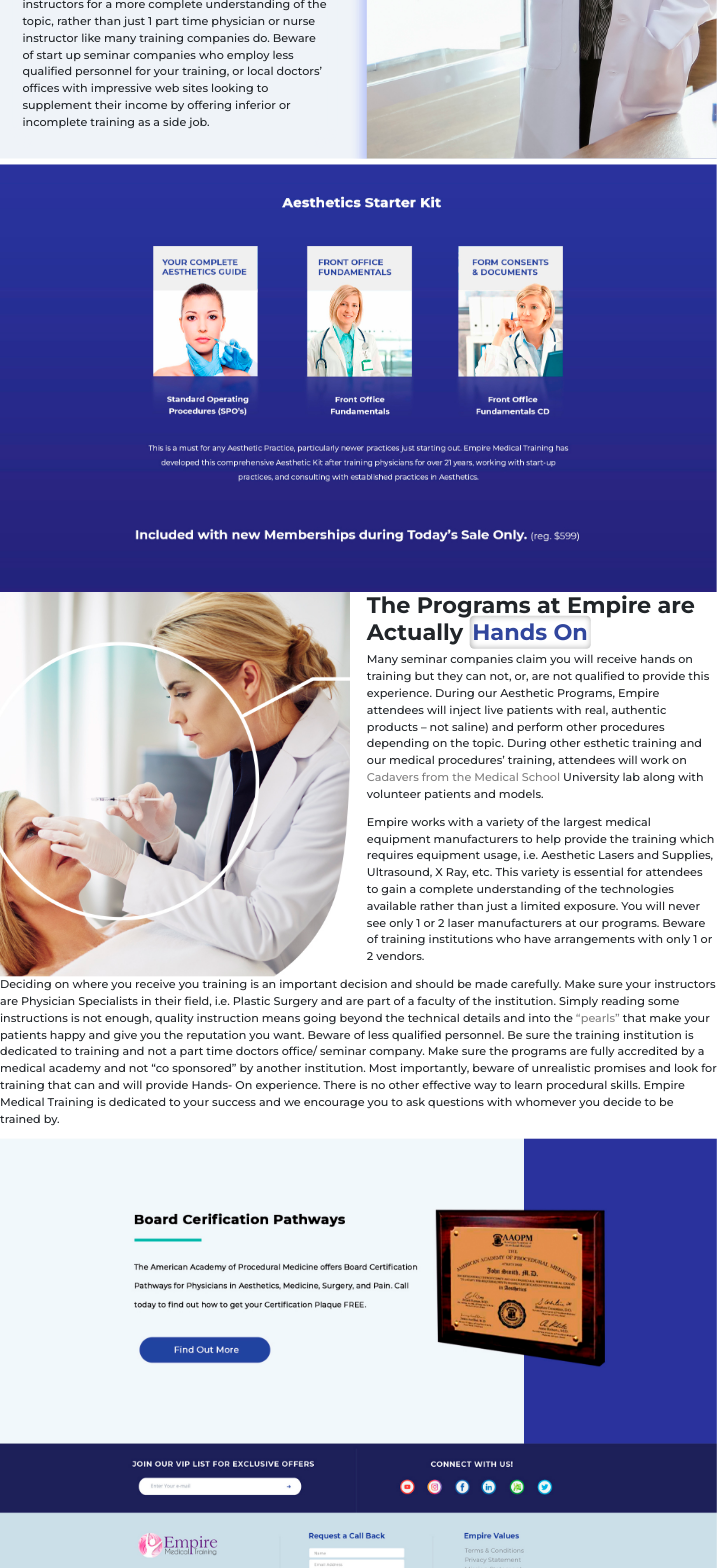
Repository: jorgi710/BODY-CONTOURING-INJECTABLES-AND-ADJUNCT-PROCEDURES
Page: our quarantee/file/public/index.html
These files come from the project's save history. The page is drawn as it stood at one moment and after the next save; the edit follows.
The browser window is 1024 px wide. The pictures show the part of the page from y = 3164 to 5404 px (the page is 5572 px tall), at 70% of full size.

Above is the page before, as saved 2021-04-07 00:05:05.

### our quarantee/file/public/index.html
<!DOCTYPE html>
<html lang="en">
  <head>
    <meta charset="UTF-8" />
    <meta http-equiv="X-UA-Compatible" content="IE=edge" />
    <meta name="viewport" content="width=device-width, initial-scale=1.0" />
    <title>Page_3</title>

    <link
      href="https://cdn.jsdelivr.net/npm/bootstrap@5.0.0-beta3/dist/css/bootstrap.min.css"
      rel="stylesheet"
      integrity="sha384-eOJMYsd53ii+scO/bJGFsiCZc+5NDVN2yr8+0RDqr0Ql0h+rP48ckxlpbzKgwra6"
      crossorigin="anonymous"
    />
    <link
      href="https://fonts.googleapis.com/css2?family=Montserrat:wght@400;500;600;700&display=swap"
      rel="stylesheet"
    />
    <link rel="stylesheet" href="css/style.css" />
  </head>
  <body>
    <header>
      <div class="container-fluid m-0 p-0">
        <img src="img/header.jpg" alt="navbar" class="img-fluid m-0 p-0" />
      </div>
    </header>
    <main>
      <section class="section_1">
        <div class="container-fluid">
          <div class="fila-1">
            <div class="row">
              <div class="col-sm-12 col-md-6 text-start">
                <div class="content_section_1">
                  <h1 class="bold mb-3 mt-3">The Empire Medical Training</h1>
                  <img src="img/logo_main.jpg" alt="logo" class="logo" />
                  <p class="medium">
                    Empire is the only teaching institution that offers this
                    extraordinary guarantee: After you have completed your
                    training, if you feel you are not comfortable performing the
                    new procedure or if you believe you need additional
                    training, Empire will provide you with a 1-Day Preceptorship
                    (individual training) at one of our Centers of Excellence.
                  </p>
                  <p class="medium">
                    You will work one on one with one of our teaching faculty in
                    their office perfecting the techniques you just learned and
                    reviewing our many medical “Pearls,” priceless tips we have
                    learned through extensive experience and are now passing
                    onto you!
                  </p>
                </div>
              </div>
              <div class="col-md-6 justify-content-end p-0">
                <img
                  src="img/section_1_1_web.jpg"
                  alt=""
                  class="d-none d-md-block img-fluid"
                />
                <img
                  src="img/section_1_1_mobil.jpg"
                  alt=""
                  class="d-md-none img-fluid mobil"
                />
              </div>
            </div>
          </div>

          <div class="fila-2">
            <div class="row">
              <div class="col-sm-12 col-md-6 p-0 mt-3">
                <img
                  src="img/section_1_2_web.jpg"
                  alt="Our difference"
                  class="d-none d-md-block"
                />
                <img
                  src="img/section_1_2_mobil.jpg"
                  alt=""
                  class="d-md-none mobil"
                />
              </div>
              <div class="col-md-6 text-start">
                <h1 class="bold azul mt-4">Our Difference</h1>
                <p class="medium">
                  • Our full time faculty of physicians are available to answer
                  your questions even before you have decided on training- see
                  for yourself, call today and speak with a physician about
                  offering
                  <span class="claro">aesthetics in your practice</span>, or
                  whatever other concerns you may have!
                </p>
                <p class="medium">
                  • Empire Medical Training is the only training institution
                  that offers over 35 different medical and aesthetic
                  <span class="claro">training programs</span>. Since our
                  organization is a full time, dedicated teaching institution,
                  we have the resources and faculty to provide the quality
                  training we have been providing for the past 15 years.
                </p>
                <p class="medium">
                  • Empire provides discounted tuition on
                  <span class="claro">membership plans</span>
                  allowing you to attend all our programs at one low price, over
                  a 2 year period. We also provide a price guarantee that
                  ensures you are registering for a seminar at the lowest price
                  available. At all Empire work- shops, all supplies and
                  medicines are included with your tuition. That includes
                  <span class="claro">Botox Cosmetic</span> and
                  <span class="claro">Dermal Fillers</span> needed for the hands
                  on portion of the training.
                </p>
                <p class="medium">
                  • Learning to perform a procedure may be simple, but becoming
                  successful in your practice requires additional steps. With
                  every program you receive an exhaustive supply of patient
                  forms, consent forms, marketing templates, a comprehensive
                  <span class="claro">Vendor and Resource guide</span> with
                  useful information and necessary tools for your practice.
                </p>
                <p class="medium">
                  • Empire Medical Training and staff are committed to helping
                  you succeed in your practice nad this goes beyond just
                  providing you with the medical protocols to perform a simple
                  procedure. We are not a weekend operation and are available
                  even after our programs have ended. We also provide our
                  students with
                  <span class="claro"> Board Certification</span> from the AAOPM
                  for succesful coursework completion.
                </p>
              </div>
            </div>
          </div>
        </div>
      </section>
      <section class="section_2">
        <div class="panel">
          <img
            src="img/section_2.jpg"
            alt="Meet Our Trusted Faculty"
            class="img-fluid m-0 p-0 d-none d-md-block"
          />
          <img
            src="img/section_2_mobile.jpg"
            alt="Meet Our Trusted Faculty"
            class="img-fluid m-0 p-0 d-md-none mobil"
          />

          <div class="content d-none d-md-block ">
            <h1 class="bold">Meet Our Trusted Faculty</h1>
            <p class="regular">
              Empire Medical Training celebrates
              <span class="bold">15 years</span> of success in training <br />
              <span class="bold">physicians</span> and health care
              <span class="bold">professionals</span>. <br />
              We believe our success is due, in part, to the extra things our
              <br />
              <span class="bold">organization</span> and
              <span class="bold">faculty</span> provide for you.
            </p>
            <button class="btn">
              <h3 class="bold">Meet Faculty</h3>
            </button>
          </div>
        </div>
        <div class="content_mobil d-md-none mobil">
            <h1 class="bold">Meet Our Trusted Faculty</h1>
            <p class="regular">
              Empire Medical Training celebrates
              <span class="bold">15 years</span> of success in training <br />
              <span class="bold">physicians</span> and health care
              <span class="bold">professionals</span>. <br />
              We believe our success is due, in part, to the extra things our
              <br />
              <span class="bold">organization</span> and
              <span class="bold">faculty</span> provide for you.
            </p>
            <button class="btn m-2">
              <h3 class="bold">Meet Faculty</h3>
            </button>
          </div>
        </div>

      </section>
      <section class="section_3 ">
        <div>
          <h1 class="negro bold">
            <span class="azul">Background &</span> Achievements
          </h1>
          <p class="medium ">
            Now a little about Empire Medical Training’s background and
            achievements: Why Empire is committed to excellence:
          </p>
          <p class="medium ">
            Empire Medical Training celebrates our 22nd year of training and we
            remain the #1 medical training and certification CME Medical and
            Aesthetic workshops offered each year, Empire has trained over
            125,000 Physicians, Dentists, Nurses, and other Health Care
            Professionals. With countless
            <span class="claro">testimonials</span> from satisfied attendees, we
            stand behind our programs and provide a complete satisfaction
            guarantee. source worldwide.
          </p>
          <p class="medium ">
            Empire has acquired a distinguished reputation in education and
            serves as a training facility for Allergan (Botox, Juvederm) and
            Medicis (Restylane), along with many of the largest Aesthetic Laser
            Manufacturers. In addition, Empire is proud to have been chosen by
            the Florida Dental Association (FDA) to train their member Dentists
            in Botox Cosmetic and other Aesthetic Procedures.
          </p>
          <p class="medium ">
            At Empire, we believe our success is dependent on you receiving
            quality training and instruction. Empire Medical Training is a
            nationally recognized CME Training Institution for Physicians,
            Dentists, Nurses and other Health Care Professionals.
          </p>
        </div>
        <div class="row">
          <div class="col-sm-12 col-md-6">
            <p class="medium">
              In addition to training at resort hotels, Empire has pioneered the
              first <span class="claro">premier Medical Spa</span> in Fort
              Lauderdale, Florida where physicians can enjoy training on actual
              patients and receive classroom didactic presentations. This
              facility has been designed specifically for training purposes
              utilizing state of the art aesthetic lasers and medical spa
              equipment along with modern classroom facilities and training
              aids. All courses are conducted by Physicians and other
              Specialists in Aesthetics, Pain Management, Surgery, and Medicine.
              Not by less qualified Instructors.
            </p>
            <p class="medium">
              Empire has achieved an outstanding reputation through a
              distinguished faculty of Physician specialists. Your training will
              be conducted by Physicians and other Specialists in Aesthetics,
              Pain Management, Surgery, and Medicine. We believe it is important
              for attendees to be exposed to a faculty of instructors for a more
              complete understanding of the topic, rather than just 1 part time
              physician or nurse instructor like many training companies do.
              Beware of start up seminar companies who employ less qualified
              personnel for your training, or local doctors’ offices with
              impressive web sites looking to supplement their income by
              offering inferior or incomplete training as a side job.
            </p>
          </div>
          <div class="col-sm-12 col-md-6">
            <img
              src="img/section_3_web.jpg"
              alt="background achievements"
              class="d-none d-md-block img-fluid"
            />
            <img
              src="img/section_3_mobil.jpg"
              alt="background achievements"
              class="d-md-none"
            />
          </div>
        </div>
      </section>
      <section class="section_4 mt-2">
        <img src="img/section_4.jpg" alt="aesthetics starter kit" />
      </section>
      <section class="section_5">
        <div class="row">
          <div class="col-sm-12 col-md-6">
            <img
              src="img/section_5_web.jpg"
              alt="empire"
              class="d-none d-md-block"
            />
            <img
              src="img/section_5_mobile.jpg"
              alt="empire"
              class="d-md-none"
            />
          </div>
          <div class="col-md-6">
            <h1 class="bold">
              The Programs at Empire are Actually
              <span class="azul p-1" style="box-shadow: inset 1px 0px 9px 0px #aaa; border-radius: 0.4rem;">Hands On</span>
            </h1>
            <p class="medium">
              Many seminar companies claim you will receive hands on training
              but they can not, or, are not qualified to provide this
              experience. During our Aesthetic Programs, Empire attendees will
              inject live patients with real, authentic products – not saline)
              and perform other procedures depending on the topic. During other
              esthetic training and our medical procedures’ training, attendees
              will work on
              <span class="claro">Cadavers from the Medical School</span>
              University lab along with volunteer patients and models.
            </p>
            <p class="medium">
              Empire works with a variety of the largest medical equipment
              manufacturers to help provide the training which requires
              equipment usage, i.e. Aesthetic Lasers and Supplies, Ultrasound, X
              Ray, etc. This variety is essential for attendees to gain a
              complete understanding of the technologies available rather than
              just a limited exposure. You will never see only 1 or 2 laser
              manufacturers at our programs. Beware of training institutions who
              have arrangements with only 1 or 2 vendors.
            </p>
          </div>
        </div>
        <p class="medium">
          Deciding on where you receive you training is an important decision
          and should be made carefully. Make sure your instructors are Physician
          Specialists in their field, i.e. Plastic Surgery and are part of a
          faculty of the institution. Simply reading some instructions is not
          enough, quality instruction means going beyond the technical details
          and into the <span class="claro">“pearls”</span> that make your
          patients happy and give you the reputation you want. Beware of less
          qualified personnel. Be sure the training institution is dedicated to
          training and not a part time doctors office/ seminar company. Make
          sure the programs are fully accredited by a medical academy and not
          “co sponsored” by another institution. Most importantly, beware of
          unrealistic promises and look for training that can and will provide
          Hands- On experience. There is no other effective way to learn
          procedural skills. Empire Medical Training is dedicated to your
          success and we encourage you to ask questions with whomever you decide
          to be trained by.
        </p>
      </section>
    </main>
    <footer>
      <img src="img/footer.jpg" alt="footer" class="img-fluid" />
    </footer>
  </body>
</html>

### our quarantee/file/public/css/style.css
@import url("https://fonts.googleapis.com/css2?family=Montserrat:wght@400;500;600;500&display=swap");
* {
  box-sizing: border-box;
  font-family: var(--fuente);
}
header,
section {
  overflow-x: hidden;
}
:root {
  --fuente: "Montserrat", cursive;
  --azul: #31469d;
  --clarito: #808080;
  --negro: #000000;
  --regular: 400;
  --medium: 500;
  --semi_bold: 600;
  --bold: 500;
}
.regular {
  font-weight: 400;
}
.medium {
  font-weight: 500;
}
.semi {
  font-weight: 600;
}
.bold {
  font-weight: 700;
}
.azul {
  color: #31469d;
}
.claro {
  color: #808080;
}
.negro {
  color: #000000;
}
header .img {
  width: 100%;
}
/* .section_1 .fila-1 .row .col-md-6 .content_section_1 {
  padding: 4vmin 1vmin;
  padding-bottom: 2vmin;
  padding-left: 12vmin;
} */

/* section_1 */

/* web */
.section_1 .fila-1 .row .col-md-6 .content_section_1 {
  padding: 4vmin 1vmin;
  padding-bottom: 2vmin;
  padding-left: 12vmin;
}
.section_1 .fila-1 .row .col-md-6 img {
  width: 100%;
  height: 100%;
  object-fit: cover;
}
.section_1 .fila-1 .row .col-md-6 h1 {
  font-size: 1.8rem;
}
.section_1 .fila-1 .row .col-md-6 .logo {
  width: 70%;
  padding-left: 10vmin;
}
/* Tablet */
@media screen and (min-width: 780px) and (max-width: 1200px) {
  .section_1 .fila-1 .row .col-md-6 .content_section_1 {
    padding: 4vmin 1vmin;
    padding-bottom: 2vmin;
    padding-left: 12vmin;
  }
  .section_1 .fila-1 .row .col-md-6 h1 {
    font-size: 1.5rem;
  }
  .section_1 .fila-1 .row .col-md-6 img {
    object-fit: cover;
    z-index: 1;
  }
  .section_1 .fila-1 .row .col-md-6 .logo {
    width: 70%;
    padding-left: 10vmin;
  }
}
/* Mobile */
@media screen and (min-width: 0) and (max-width: 760px) {
  .section_1 .fila-1 .row .col-md-6 .content_section_1 {
    padding: 0;
    box-shadow: 1px 2px 9px 6px #aaa;
  }
  .section_1 .fila-1 .row .col-md-6 h1 {
    font-size: 1.8rem;
    text-align: center;
  }
  .section_1 .fila-1 .row .col-md-6 .mobil {
    box-shadow: -2px 1px 13px 6px #aaa;
  }
  .section_1 .fila-1 .row .col-md-6 .logo {
    width: 76%;
    padding-left: 22vmin;
  }
  .section_1 .fila-1 .row .col-md-6 p {
    font-size: 1rem;
    text-align: justify;
    padding: 4px 5px;
  }
}
/* section_1_Part_2 */

/* web */
.section_1 .fila-2 .row .col-md-6 img {
  width: 100%;
  height: 100%;
  object-fit: none;
}
.section_1 .fila-1 .row .col-md-6 h1 {
  font-size: 1.8rem;
}
/* Tablet */
@media screen and (min-width: 780px) and (max-width: 1200px) {
  .section_1 .fila-2 .row .col-md-6 h1 {
    font-size: 1.5rem;
  }
  .section_1 .fila-2 .row .col-md-6 img {
    object-fit: cover;
    box-shadow: -2px 1px 13px 6px #31469d;
    border-radius: 1rem;
  }
}
/* Mobile */
@media screen and (min-width: 0) and (max-width: 760px) {
  .section_1 .fila-1 .row .col-md-6 .content_section_1 {
    padding: 0;
    box-shadow: 1px 2px 9px 6px #aaa;
  }
  .section_1 .fila-2 .row .col-md-6 h1 {
    font-size: 2rem;
    text-align: center;
  }
  .section_1 .fila-2 .row .col-md-6 .mobil {
    box-shadow: -2px 1px 13px 6px #bac6f8;
    object-fit: cover;
  }
  .section_1 .fila-2 .row .col-md-6 p {
    font-size: 1rem;
    text-align: justify;
    padding: 4px 5px;
    box-shadow: -2px 1px 13px 6px #ccd6fc;
    border-radius: 0.5rem;
  }
}
/* section_2 */
/* web */
.section_2 .panel {
  position: relative;
}
.section_2 .content h1 {
  font-size: 1.5rem;
}
.section_2 .content p {
  font-size: 0.8rem;
}
.section_2 .content h3 {
  font-size: 1rem;
}
.section_2 .content {
  position: absolute;
  color: white;
  top: 38px;
  right: 593px;
}
.section_2 .content button {
  background-color: white;
  border-radius: 1.5rem;
  box-shadow: -4px 3px 13px 0px blue;
  color: #31469d;
  font-weight: 700;
}
/* Tablet */
@media screen and (min-width: 780px) and (max-width: 1200px) {
  .section_2 .panel {
    position: relative;
  }
  .section_2 .content h1 {
    font-size: 1.5rem;
  }
  .section_2 .content p {
    font-size: 0.5rem;
  }
  .section_2 .content h3 {
    font-size: 1rem;
  }
  .section_2 .content {
    position: absolute;
    color: white;
    top: 34px;
  }
  .section_2 .content button {
    background-color: white;
    border-radius: 1.5rem;
    box-shadow: -4px 3px 13px 0px blue;
    color: #31469d;
    font-weight: 700;
  }
}
/* Mobile */
@media screen and (min-width: 0) and (max-width: 760px) {
  .section_2 .content_mobil {
    background-color: #31469d;
    color: white;
    text-align: center;
  }
  .section_2 .content_mobil button {
    background-color: white;
    border-radius: 1.5rem;
    box-shadow: -4px 3px 13px 0px blue;
    color: #31469d;
    font-weight: 700;
  }
  .section_2 .content_mobil p {
    font-size: 0.5rem;
  }
  .section_2 .content_mobil h3 {
    font-size: 1rem;
  }
  .section_2 .content_mobil h1 {
    font-size: 1rem;
  }
}
/* section_3_Part_1*/

/* web */
.section_3 h1 {
  font-size: 3rem;
  text-align: center;
  margin: 2rem 0;
  padding: 0.5rem 0;
  box-shadow: -2px 1px 13px 6px #ccd6fc;
  border-radius: 0.5rem;
}
.section_3 p {
  font-size: 1rem;
  padding: 0 1rem;
}
/* Mobile */
@media screen and (min-width: 0) and (max-width: 760px) {
  .section_3 h1 {
    font-size: 1.4rem;
    text-align: center;
    margin: 2rem 0;
    padding: 0.5rem 0;
    box-shadow: -2px 1px 13px 6px #ccd6fc;
    border-radius: 0.5rem;
  }
  .section_3 p {
    font-size: 1rem;
    padding: 0 1rem;
    text-align: justify;
  }
}
/* section_3_Part_2*/
/* web */
.section_3 .row .col-md-6 {
  background-color: #eff3f8;
}
.section_3 .row .col-md-6 p {
  font-size: 1rem;
  text-align: start;
  margin: 2rem 2rem;
  padding: 0.5rem 0;
  box-shadow: -2px 1px 13px 6px #eff3f8;
  border-radius: 0.5rem;
}
.section_3 .row .col-md-6 img {
  width: 100%;
  height: 100%;
}

/* Tablet */
@media screen and (min-width: 780px) and (max-width: 1200px) {
  .section_3 .row .col-md-6 {
    background-color: #eff3f8;
  }
  .section_3 .row .col-md-6 p {
    font-size: 1rem;
    text-align: start;
    margin: 2rem 2rem;
    padding: 0.5rem 0;
    box-shadow: -2px 1px 13px 6px #eff3f8;
    border-radius: 0.5rem;
  }
  .section_3 .row .col-md-6 img {
    box-shadow: -2px 1px 13px 6px #bac6f8;
    object-fit: cover;
  }
}

/* Mobile */
@media screen and (min-width: 0) and (max-width: 760px) {
  .section_3 .row .col-md-6 {
    background-color: white;
  }
  .section_3 .row .col-md-6 p {
    font-size: 1rem;
    text-align: start;
    padding: 0.2rem;
    box-shadow: -2px 1px 13px 6px #eff3f8;
    border-radius: 0.5rem;
  }
  .section_3 .row .col-md-6 img {
    box-shadow: -2px 1px 13px 6px #31469d;
    object-fit: cover;
  }
}
/* section_4*/
.section_4 img {
  width: 100%;
  box-shadow: -2px 1px 13px 6px #31469d;
}
/* section_5*/
.section_5 .row .col-md-6 img {
  width: 100%;
  height: 100%;
}
.section_5 .row .col-md-6 h1 {
  font-size: 2rem;
}
/* web */

/* Tablet */
@media screen and (min-width: 780px) and (max-width: 1200px) {
  .section_5 .row .col-md-6 img {
    object-fit: none;
  }
  .section_5 .row .col-md-6 h1 {
    font-size: 2rem;
  }
}
/* Mobile */
@media screen and (min-width: 0) and (max-width: 760px) {
}

After the next save:
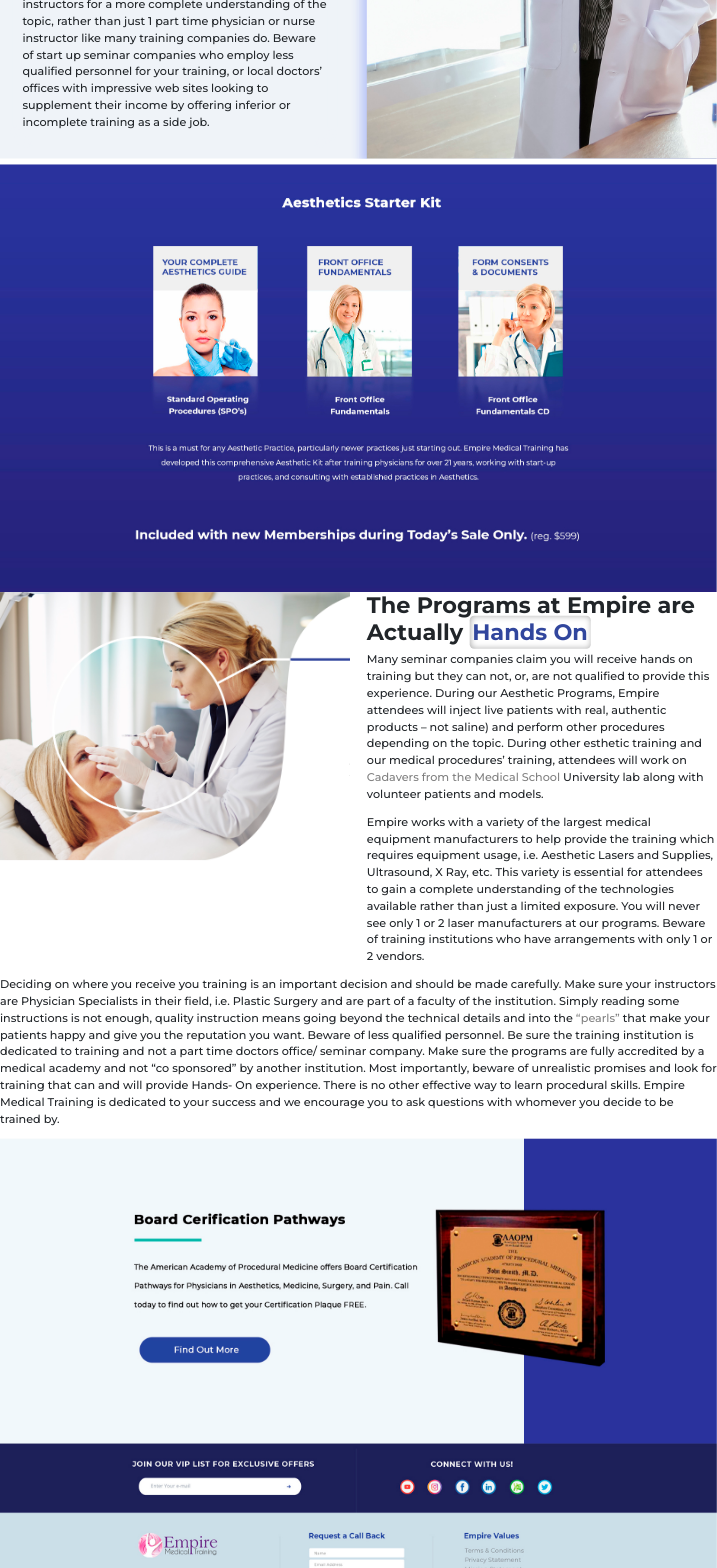
Saved 41 s later.
--- a/our quarantee/file/public/css/style.css
+++ b/our quarantee/file/public/css/style.css
@@ -324,7 +324,6 @@
 /* section_5*/
 .section_5 .row .col-md-6 img {
   width: 100%;
-  height: 100%;
 }
 .section_5 .row .col-md-6 h1 {
   font-size: 2rem;
@@ -334,7 +333,7 @@
 /* Tablet */
 @media screen and (min-width: 780px) and (max-width: 1200px) {
   .section_5 .row .col-md-6 img {
-    object-fit: none;
+    width: 100%;
   }
   .section_5 .row .col-md-6 h1 {
     font-size: 2rem;
